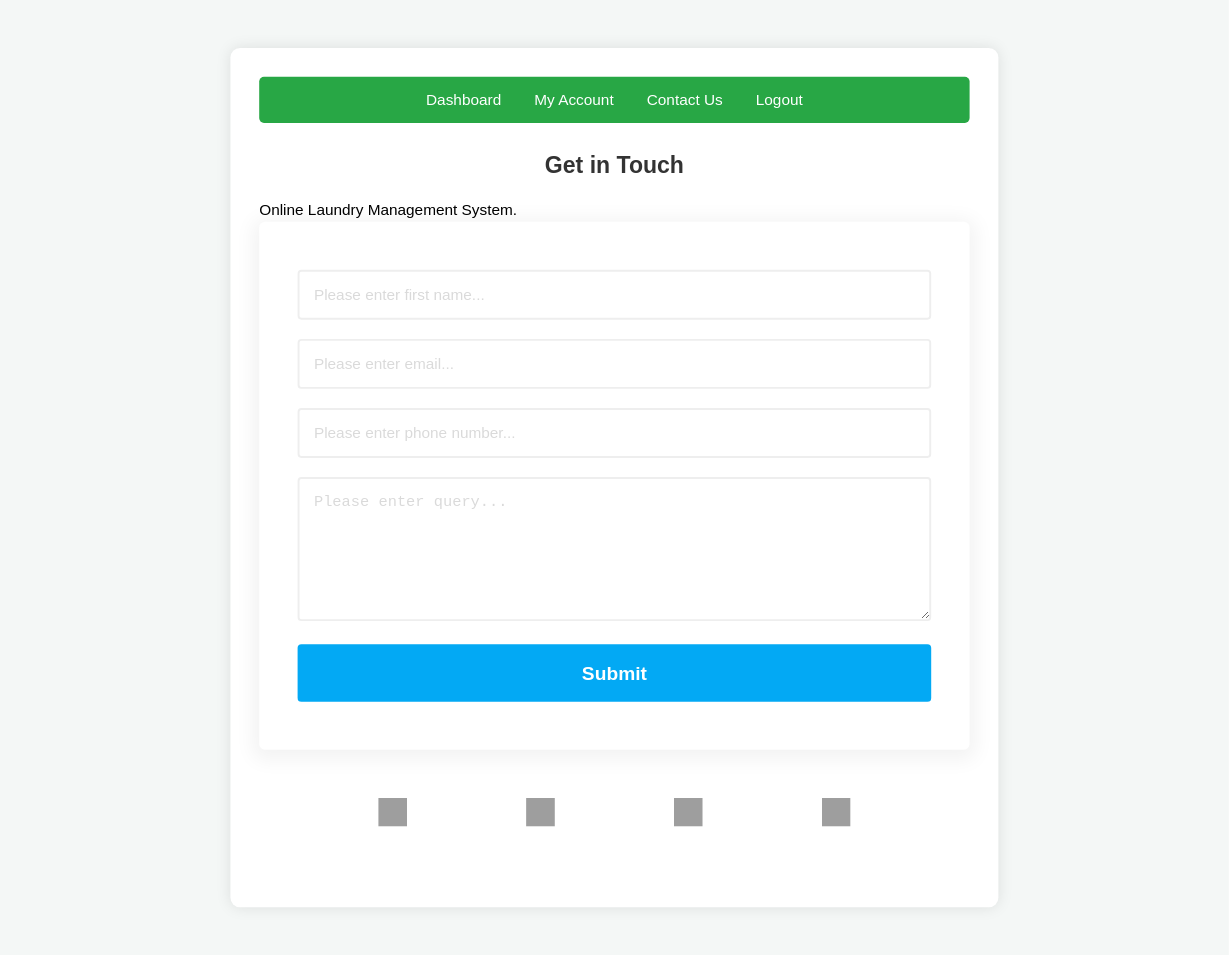
Repository: AmodhyaSharinda/java-CRUD
Page: http://localhost/java_project/contactUs.jsp
The author's editor kept a copy of each file at every save. The page is drawn from the files as they stood at one save, then again after the next save.
The browser window is 1280 px wide. The pictures show the whole page, at 96% of full size.
Pictures or frames that could not be fetched are drawn as grey boxes. The page is served by Tomcat 9. Other server files are loaded and not shown.

Above is the page before, as saved 2024-10-01 06:32:10.

### java_project/src/main/webapp/contactUs.jsp
<!DOCTYPE html>
<html lang="en">
<head>
  <meta charset="UTF-8">
  <meta name="viewport" content="width=device-width, initial-scale=1.0">
  <title>Contact Us</title>
  <style>
    * {
      margin: 0;
      padding: 0;
      box-sizing: border-box;
    }

    body {
      font-family: 'Arial', sans-serif;
      background: #f4f7f6;
    }

    .container {
      max-width: 800px;
      margin: 50px auto;
      background: #fff;
      padding: 30px;
      box-shadow: 0 0 15px rgba(0, 0, 0, 0.1);
      border-radius: 10px;
    }

    h2 {
      margin-bottom: 20px;
      color: #333;
      text-align: center;
    }

    .nav-menu {
      background: #28a745;
      padding: 15px;
      border-radius: 5px;
      margin-bottom: 30px;
      text-align: center;
    }

    .nav-menu a {
      color: white;
      text-decoration: none;
      margin: 0 15px;
      font-size: 16px;
      transition: color 0.3s;
    }

    .nav-menu a:hover {
      text-decoration: underline;
      color: #d4edda;
    }

    .form-wrapper {
      background-color: white;
      padding: 50px 40px;
      box-shadow: rgba(0, 0, 0, 0.05) 0px 4px 20px 7px;
      border-radius: 6px;
      text-align: center;
    }

    .text-blk {
      margin: 0;
      line-height: 25px;
    }

    .input, .textinput {
      width: 100%;
      padding: 15px;
      border: 2px solid #eeeeee;
      font-size: 16px;
      color: black;
      border-radius: 4px;
      margin-bottom: 20px; /* Add some margin for spacing */
    }

    .textinput {
      min-height: 150px;
    }

    .submit-btn {
      width: 100%;
      background-color: #03a9f4;
      height: 60px;
      font-size: 20px;
      font-weight: 700;
      color: white;
      border: none;
      border-radius: 4px;
      cursor: pointer;
      transition: background 0.3s;
    }

    .submit-btn:hover {
      background-color: #0381fe;
    }

    .social-media-links {
      display: flex;
      justify-content: space-evenly;
      margin: 50px 0;
    }

    .link-img {
      width: 30px;
      height: 30px;
    }

    ::placeholder {
      color: #dadada;
    }

    @media (max-width: 768px) {
      .input, .textinput, .submit-btn {
        width: 100%;
      }
    }
  </style>
</head>
<body>

  <div class="container">
    <div class="nav-menu">
      <a href="dashboard.jsp">Dashboard</a>
      <a href="customerAccount.jsp">My Account</a>
      <a href="contactUs.jsp">Contact Us</a>
      <a href="logout.jsp">Logout</a>
    </div>

    <h2>Get in Touch</h2>
    <p class="text-blk contactus-subhead">Online Laundry Management System.</p>

    <form action="contactInsert" method="post" class="form-wrapper">
      <input class="input" name="UserName" placeholder="Please enter first name..." required>
      <input class="input" name="Email" placeholder="Please enter email..." required>
      <input class="input" name="PhoneNumber" placeholder="Please enter phone number..." required>
      <textarea class="textinput" name="Msg" placeholder="Please enter query..." required></textarea>
      <button type="submit" class="submit-btn">Submit</button>
    </form>

    <div class="social-media-links">
      <a href="#"><img class="link-img" src="https://workik-widget-assets.s3.amazonaws.com/Footer1-83/v1/images/Icon-twitter.png" alt="Twitter"></a>
      <a href="#"><img class="link-img" src="https://workik-widget-assets.s3.amazonaws.com/Footer1-83/v1/images/Icon-facebook.png" alt="Facebook"></a>
      <a href="#"><img class="link-img" src="https://workik-widget-assets.s3.amazonaws.com/Footer1-83/v1/images/Icon-google.png" alt="Google"></a>
      <a href="#"><img class="link-img" src="https://workik-widget-assets.s3.amazonaws.com/Footer1-83/v1/images/Icon-instagram.png" alt="Instagram"></a>
    </div>
  </div>

</body>
</html>

After the next save:
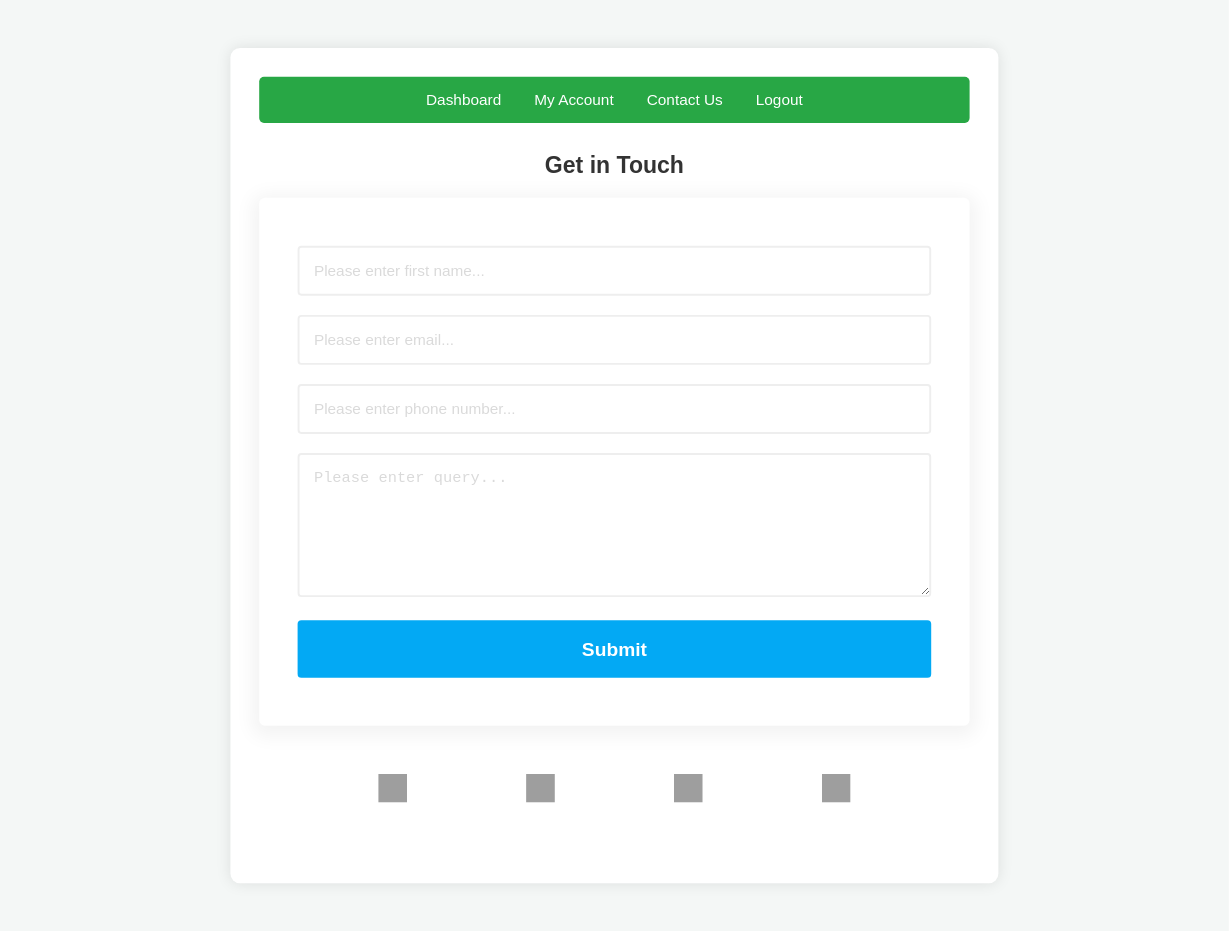
Saved 57 s later.
--- a/java_project/src/main/webapp/contactUs.jsp
+++ b/java_project/src/main/webapp/contactUs.jsp
@@ -129,7 +129,6 @@
     </div>
 
     <h2>Get in Touch</h2>
-    <p class="text-blk contactus-subhead">Online Laundry Management System.</p>
 
     <form action="contactInsert" method="post" class="form-wrapper">
       <input class="input" name="UserName" placeholder="Please enter first name..." required>
